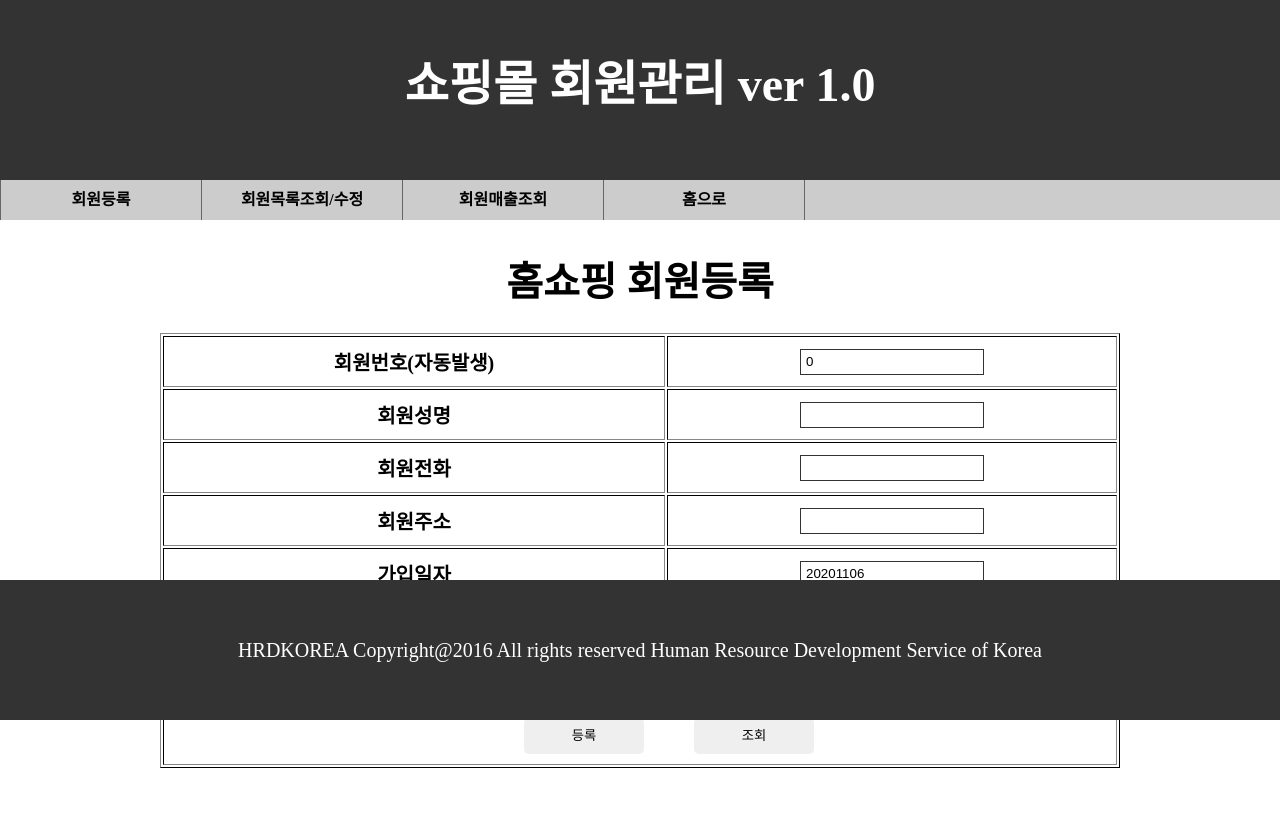
Repository: jsky1234/NCS
Page: http://localhost/HRD_1/memberIns.jsp
The author's editor kept a copy of each file at every save. The page is drawn from the files as they stood at one save, then again after the next save.
The browser window is 1280 px wide. The pictures show the whole page.
The page is served by Tomcat 9. Queries for data that is not in the repository find no rows.

Above is the page before, as saved 2020-11-10 05:40:19.
Console error: ReferenceError: form is not defined

After the next save:
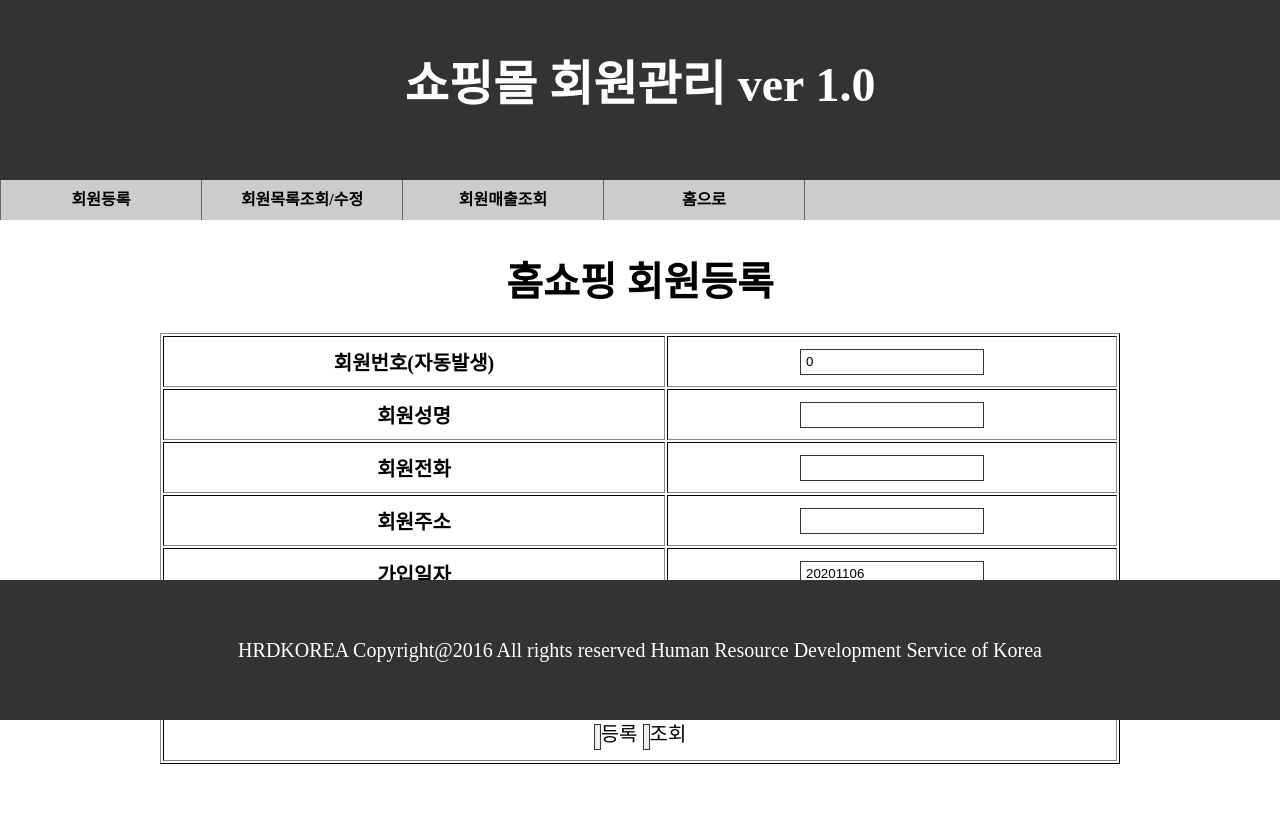
Saved 2 min 13 s later.
--- a/ncs1/HRD_1/WebContent/memberIns.jsp
+++ b/ncs1/HRD_1/WebContent/memberIns.jsp
@@ -87,8 +87,8 @@
 							<td><input type="text" name="city" id="city" /></td>
 						</tr>
 						<td colspan="2">
-							<button type="button" id="subit_btn">등록</button>
-							<button type="button" id="search_btn">조회</button>
+							<input type="button" id="subit_btn">등록</input>
+							<input type="button" id="search_btn">조회</input>
 						</td>
 					</tbody>
 				</table>

After the save that followed:
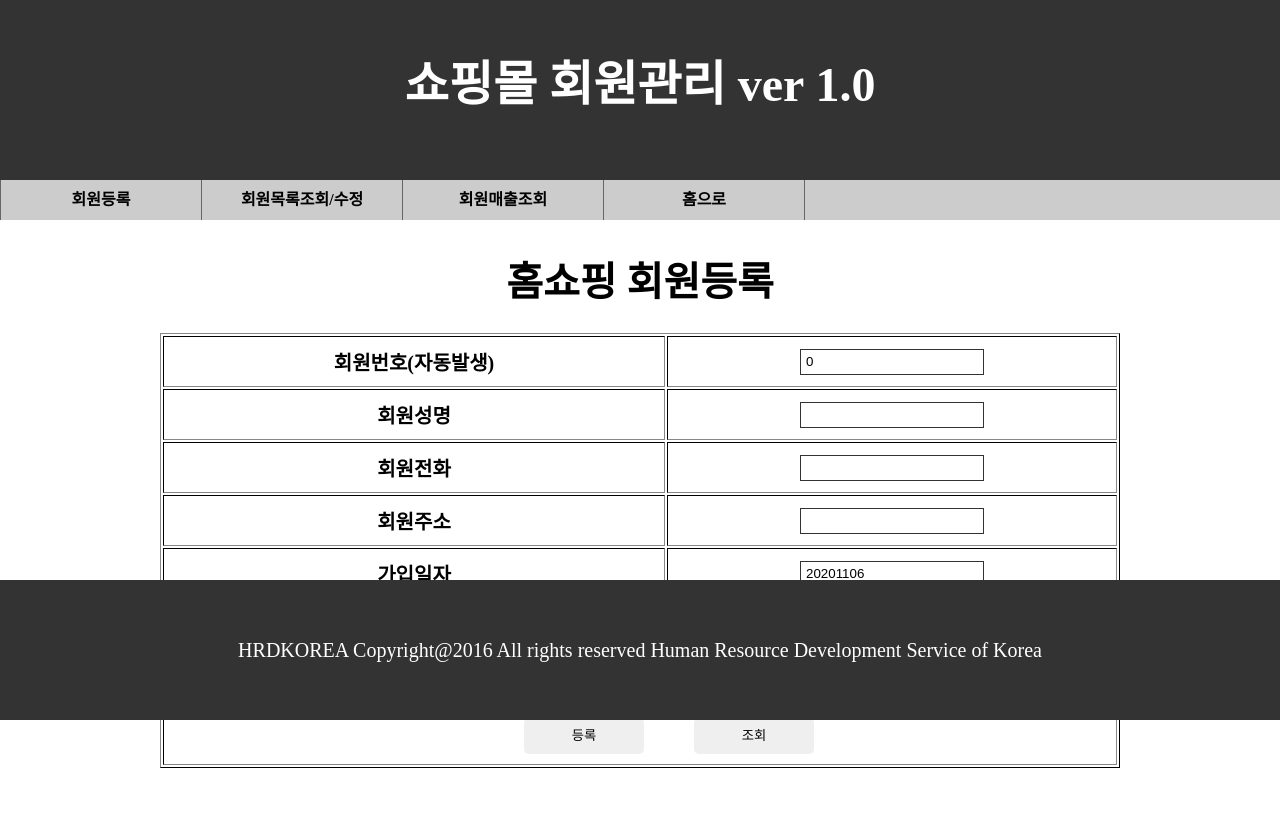
Saved 9 s later.
--- a/ncs1/HRD_1/WebContent/memberIns.jsp
+++ b/ncs1/HRD_1/WebContent/memberIns.jsp
@@ -87,8 +87,8 @@
 							<td><input type="text" name="city" id="city" /></td>
 						</tr>
 						<td colspan="2">
-							<input type="button" id="subit_btn">등록</input>
-							<input type="button" id="search_btn">조회</input>
+							<button type="button" id="subit_btn">등록</button>
+							<button type="button" id="search_btn">조회</button>
 						</td>
 					</tbody>
 				</table>
